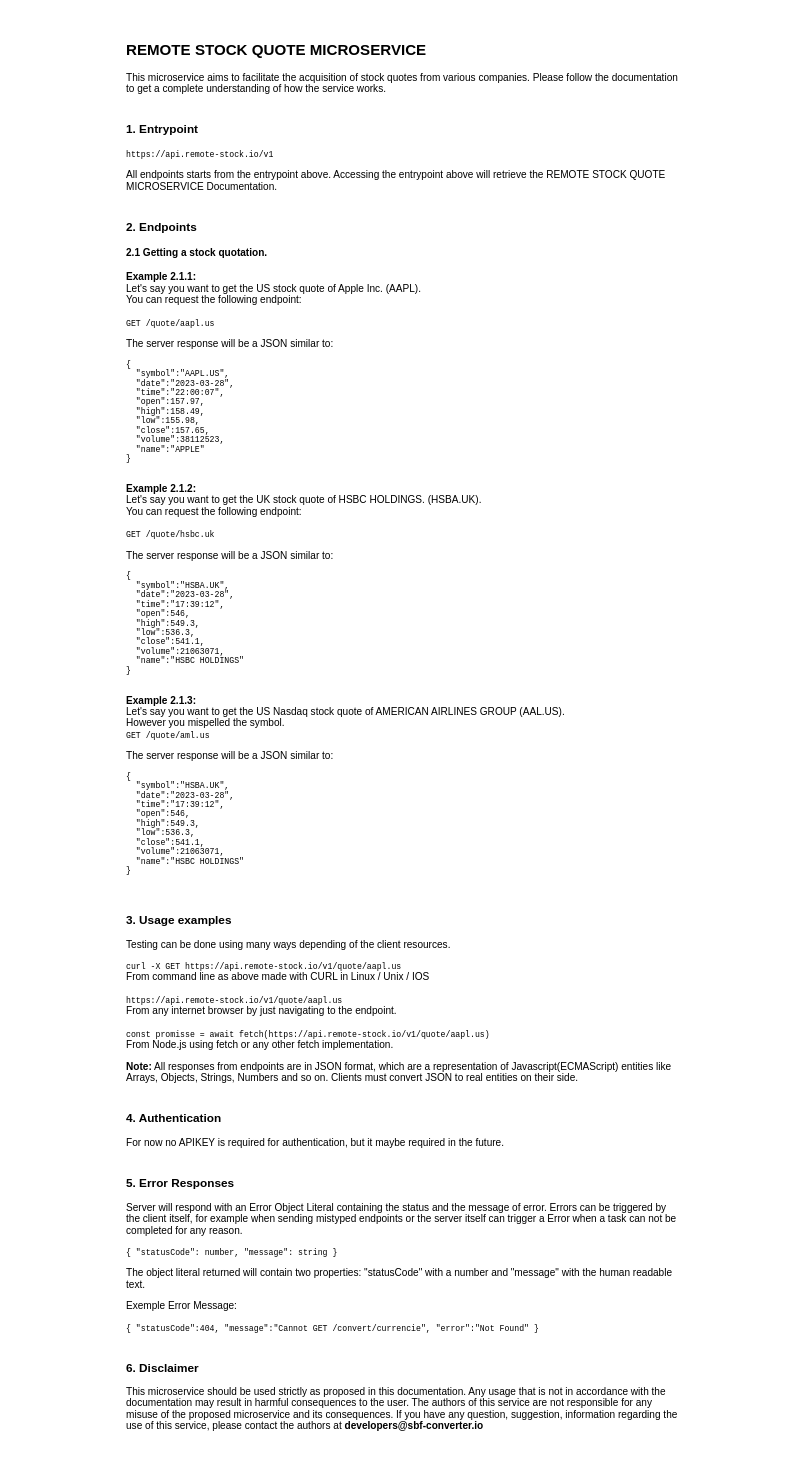
Repository: miguelamello/nest-js
Page: api-service/documentation.html
The author's editor kept a copy of each file at every save. The page is drawn from the files as they stood at one save, then again after a run of saves.
The browser window is 1280 px wide. The pictures show the whole page, at 63% of full size.

Above is the page before, as saved 2023-03-28 18:36:51.

After the next 3 saves:
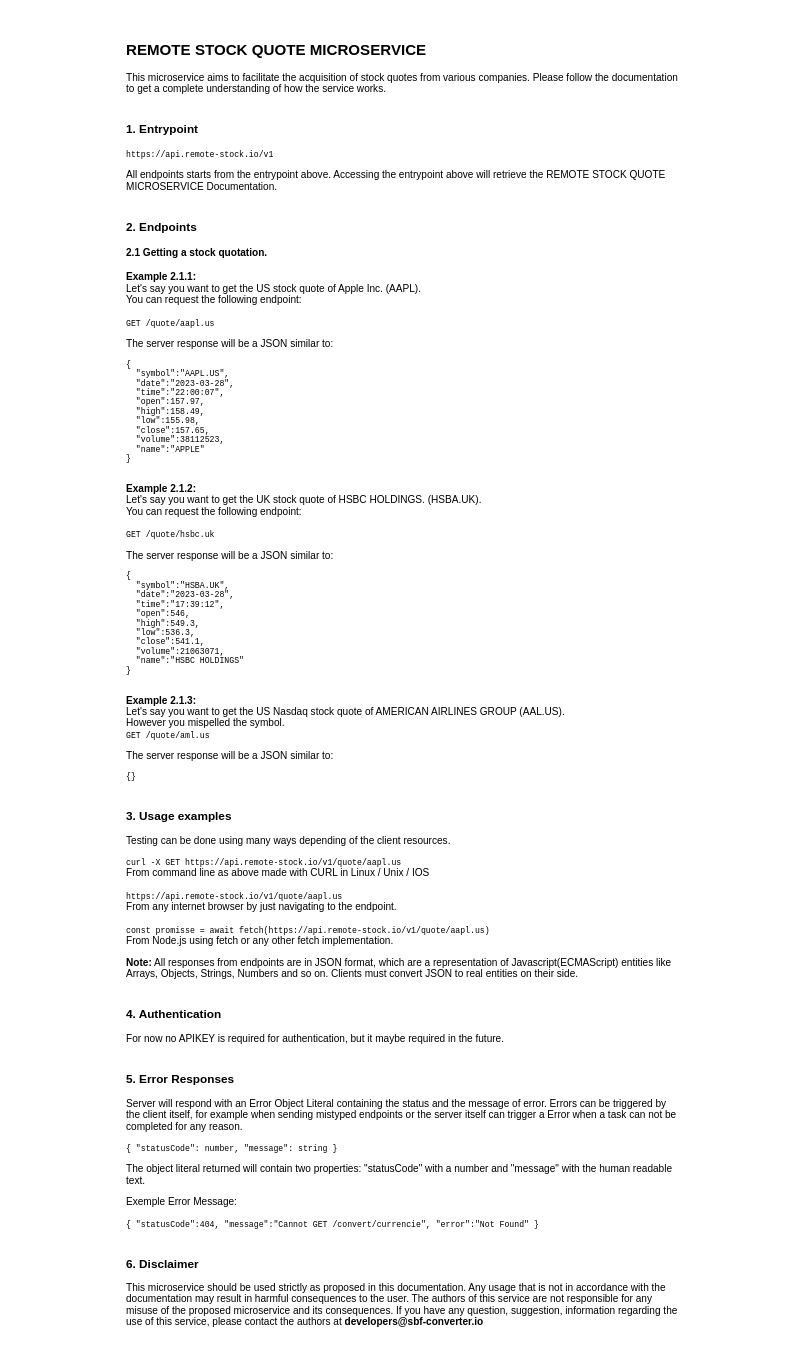
The 3 saves are shown as one change because they came seconds apart.
The last was saved 113 s later.
--- a/api-service/documentation.html
+++ b/api-service/documentation.html
@@ -89,19 +89,7 @@
 
     <p>The server response will be a JSON similar to:</p>
 
-    <pre>
-{
-  "symbol":"HSBA.UK",
-  "date":"2023-03-28",
-  "time":"17:39:12",
-  "open":546,
-  "high":549.3,
-  "low":536.3,
-  "close":541.1,
-  "volume":21063071,
-  "name":"HSBC HOLDINGS"
-}
-    </pre>
+    <pre>{}</pre>
   </p>
 
   <h3>3. Usage examples</h3>
